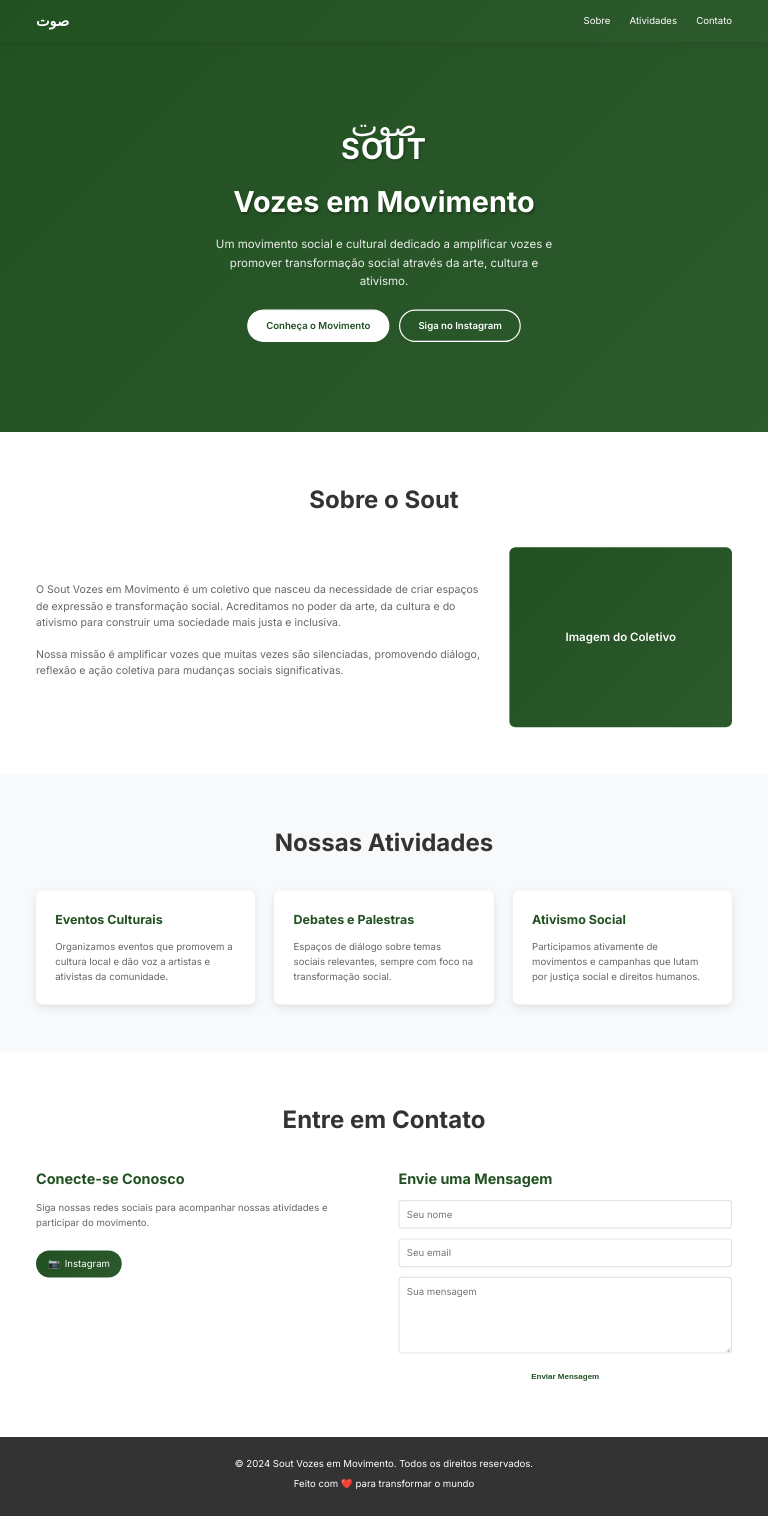
Repository: farukzahra/sout
Page: index.html
These files come from the project's save history. The page is drawn as it stood at one moment and after the next save; the edit follows.
The browser window is 1280 px wide. The pictures show the whole page, at 60% of full size.

Above is the page before, as saved 2025-10-02 13:02:43.

### index.html
<!DOCTYPE html>
<html lang="pt-BR">
<head>
    <meta charset="UTF-8">
    <meta name="viewport" content="width=device-width, initial-scale=1.0">
    <title>Sout Vozes em Movimento</title>
    <meta name="description" content="Sout Vozes em Movimento - Movimento social e cultural">
    <link rel="stylesheet" href="style.css">
    <link href="https://fonts.googleapis.com/css2?family=Inter:wght@300;400;600;700&display=swap" rel="stylesheet">
</head>
<body>
    <header class="header">
        <nav class="nav">
            <div class="nav-brand">
                <h1>صوت</h1>
            </div>
            <ul class="nav-menu">
                <li><a href="#sobre">Sobre</a></li>
                <li><a href="#atividades">Atividades</a></li>
                <li><a href="#contato">Contato</a></li>
            </ul>
        </nav>
    </header>

    <main>
        <section class="hero">
            <div class="hero-content">
                <div class="hero-logo">
                    <div class="logo-combined">
                        <span class="logo-text">صوت</span>
                        <span class="logo-main">SOUT</span>
                    </div>
                </div>
                <h2>Vozes em Movimento</h2>
                <p>Um movimento social e cultural dedicado a amplificar vozes e promover transformação social através da arte, cultura e ativismo.</p>
                <div class="hero-buttons">
                    <a href="#sobre" class="btn btn-primary">Conheça o Movimento</a>
                    <a href="https://www.instagram.com/sout_vozesemmovimento/" target="_blank" class="btn btn-secondary">Siga no Instagram</a>
                </div>
            </div>
        </section>

        <section id="sobre" class="section">
            <div class="container">
                <h2>Sobre o Sout</h2>
                <div class="about-content">
                    <div class="about-text">
                        <p>O Sout Vozes em Movimento é um coletivo que nasceu da necessidade de criar espaços de expressão e transformação social. Acreditamos no poder da arte, da cultura e do ativismo para construir uma sociedade mais justa e inclusiva.</p>
                        <p>Nossa missão é amplificar vozes que muitas vezes são silenciadas, promovendo diálogo, reflexão e ação coletiva para mudanças sociais significativas.</p>
                    </div>
                    <div class="about-image">
                        <div class="placeholder-image">
                            <span>Imagem do Coletivo</span>
                        </div>
                    </div>
                </div>
            </div>
        </section>

        <section id="atividades" class="section section-alt">
            <div class="container">
                <h2>Nossas Atividades</h2>
                <div class="activities-grid">
                    <div class="activity-card">
                        <h3>Eventos Culturais</h3>
                        <p>Organizamos eventos que promovem a cultura local e dão voz a artistas e ativistas da comunidade.</p>
                    </div>
                    <div class="activity-card">
                        <h3>Debates e Palestras</h3>
                        <p>Espaços de diálogo sobre temas sociais relevantes, sempre com foco na transformação social.</p>
                    </div>
                    <div class="activity-card">
                        <h3>Ativismo Social</h3>
                        <p>Participamos ativamente de movimentos e campanhas que lutam por justiça social e direitos humanos.</p>
                    </div>
                </div>
            </div>
        </section>

        <section id="contato" class="section">
            <div class="container">
                <h2>Entre em Contato</h2>
                <div class="contact-content">
                    <div class="contact-info">
                        <h3>Conecte-se Conosco</h3>
                        <p>Siga nossas redes sociais para acompanhar nossas atividades e participar do movimento.</p>
                        <div class="social-links">
                            <a href="https://www.instagram.com/sout_vozesemmovimento/" target="_blank" class="social-link">
                                <span>📷</span> Instagram
                            </a>
                        </div>
                    </div>
                    <div class="contact-form">
                        <h3>Envie uma Mensagem</h3>
                        <form>
                            <input type="text" placeholder="Seu nome" required>
                            <input type="email" placeholder="Seu email" required>
                            <textarea placeholder="Sua mensagem" rows="5" required></textarea>
                            <button type="submit" class="btn btn-primary">Enviar Mensagem</button>
                        </form>
                    </div>
                </div>
            </div>
        </section>
    </main>

    <footer class="footer">
        <div class="container">
            <p>&copy; 2024 Sout Vozes em Movimento. Todos os direitos reservados.</p>
            <p>Feito com ❤️ para transformar o mundo</p>
        </div>
    </footer>

    <script>
        // Smooth scrolling para links internos
        document.querySelectorAll('a[href^="#"]').forEach(anchor => {
            anchor.addEventListener('click', function (e) {
                e.preventDefault();
                const target = document.querySelector(this.getAttribute('href'));
                if (target) {
                    target.scrollIntoView({
                        behavior: 'smooth',
                        block: 'start'
                    });
                }
            });
        });

        // Formulário de contato (funcionalidade básica)
        document.querySelector('form').addEventListener('submit', function(e) {
            e.preventDefault();
            alert('Obrigado pela sua mensagem! Entraremos em contato em breve.');
            this.reset();
        });
    </script>
</body>
</html>

### style.css
/* Reset e configurações básicas */
* {
    margin: 0;
    padding: 0;
    box-sizing: border-box;
}

body {
    font-family: 'Inter', sans-serif;
    line-height: 1.6;
    color: #333;
    background-color: #fff;
}

.container {
    max-width: 1200px;
    margin: 0 auto;
    padding: 0 20px;
}

/* Header */
.header {
    background: linear-gradient(135deg, #215021 0%, #2d5a2d 100%);
    color: white;
    padding: 1rem 0;
    position: fixed;
    top: 0;
    width: 100%;
    z-index: 1000;
    box-shadow: 0 2px 10px rgba(0,0,0,0.1);
}

.nav {
    display: flex;
    justify-content: space-between;
    align-items: center;
    max-width: 1200px;
    margin: 0 auto;
    padding: 0 20px;
}

.nav-brand h1 {
    font-size: 1.5rem;
    font-weight: 700;
    direction: rtl;
}

.hero-logo {
    margin-bottom: 2rem;
}

.logo-combined {
    display: flex;
    flex-direction: column;
    align-items: center;
    justify-content: center;
    gap: 0;
}

.hero-logo .logo-text {
    font-size: 3rem;
    direction: rtl;
    line-height: 0.8;
}

.hero-logo .logo-main {
    font-size: 3rem;
    font-weight: 700;
    letter-spacing: 2px;
    text-shadow: 2px 2px 4px rgba(0,0,0,0.3);
    line-height: 0.8;
}

.hero-logo .logo-subtitle {
    font-size: 1.2rem;
    opacity: 0.9;
}

.nav-menu {
    display: flex;
    list-style: none;
    gap: 2rem;
}

.nav-menu a {
    color: white;
    text-decoration: none;
    font-weight: 500;
    transition: opacity 0.3s ease;
}

.nav-menu a:hover {
    opacity: 0.8;
}

/* Hero Section */
.hero {
    background: linear-gradient(135deg, #215021 0%, #2d5a2d 100%);
    color: white;
    padding: 120px 0 80px;
    text-align: center;
    min-height: 100vh;
    display: flex;
    align-items: center;
    justify-content: center;
}


.hero-content h2 {
    font-size: 3rem;
    font-weight: 700;
    margin-bottom: 1rem;
    text-shadow: 2px 2px 4px rgba(0,0,0,0.3);
}

.hero-content {
    max-width: 800px;
    margin: 0 auto;
    padding: 0 20px;
}

.hero-content p {
    font-size: 1.2rem;
    margin-bottom: 2rem;
    max-width: 600px;
    margin-left: auto;
    margin-right: auto;
    opacity: 0.9;
}

.hero-buttons {
    display: flex;
    gap: 1rem;
    justify-content: center;
    flex-wrap: wrap;
}

/* Botões */
.btn {
    display: inline-block;
    padding: 12px 30px;
    text-decoration: none;
    border-radius: 50px;
    font-weight: 600;
    transition: all 0.3s ease;
    border: 2px solid transparent;
}

.btn-primary {
    background: white;
    color: #215021;
    border-color: white;
}

.btn-primary:hover {
    background: transparent;
    color: white;
    border-color: white;
}

.btn-secondary {
    background: transparent;
    color: white;
    border-color: white;
}

.btn-secondary:hover {
    background: white;
    color: #215021;
}

/* Seções */
.section {
    padding: 80px 0;
}

.section-alt {
    background-color: #f8f9fa;
}

.section h2 {
    text-align: center;
    font-size: 2.5rem;
    margin-bottom: 3rem;
    color: #333;
}

/* Sobre */
.about-content {
    display: grid;
    grid-template-columns: 2fr 1fr;
    gap: 3rem;
    align-items: center;
}

.about-text p {
    font-size: 1.1rem;
    margin-bottom: 1.5rem;
    color: #666;
}

.placeholder-image {
    background: linear-gradient(135deg, #215021 0%, #2d5a2d 100%);
    height: 300px;
    border-radius: 10px;
    display: flex;
    align-items: center;
    justify-content: center;
    color: white;
    font-size: 1.2rem;
    font-weight: 600;
}

/* Atividades */
.activities-grid {
    display: grid;
    grid-template-columns: repeat(auto-fit, minmax(300px, 1fr));
    gap: 2rem;
}

.activity-card {
    background: white;
    padding: 2rem;
    border-radius: 10px;
    box-shadow: 0 5px 15px rgba(0,0,0,0.1);
    transition: transform 0.3s ease, box-shadow 0.3s ease;
}

.activity-card:hover {
    transform: translateY(-5px);
    box-shadow: 0 10px 25px rgba(0,0,0,0.15);
}

.activity-card h3 {
    color: #215021;
    margin-bottom: 1rem;
    font-size: 1.3rem;
}

.activity-card p {
    color: #666;
    line-height: 1.6;
}

/* Contato */
.contact-content {
    display: grid;
    grid-template-columns: 1fr 1fr;
    gap: 3rem;
}

.contact-info h3 {
    color: #215021;
    margin-bottom: 1rem;
    font-size: 1.5rem;
}

.contact-info p {
    color: #666;
    margin-bottom: 2rem;
}

.social-links {
    display: flex;
    gap: 1rem;
}

.social-link {
    display: flex;
    align-items: center;
    gap: 0.5rem;
    padding: 10px 20px;
    background: linear-gradient(135deg, #215021 0%, #2d5a2d 100%);
    color: white;
    text-decoration: none;
    border-radius: 25px;
    transition: transform 0.3s ease;
}

.social-link:hover {
    transform: translateY(-2px);
}

.contact-form h3 {
    color: #215021;
    margin-bottom: 1rem;
    font-size: 1.5rem;
}

.contact-form form {
    display: flex;
    flex-direction: column;
    gap: 1rem;
}

.contact-form input,
.contact-form textarea {
    padding: 12px;
    border: 2px solid #e1e5e9;
    border-radius: 5px;
    font-family: inherit;
    font-size: 1rem;
    transition: border-color 0.3s ease;
}

.contact-form input:focus,
.contact-form textarea:focus {
    outline: none;
    border-color: #215021;
}

.contact-form textarea {
    resize: vertical;
    min-height: 120px;
}

/* Footer */
.footer {
    background: #333;
    color: white;
    text-align: center;
    padding: 2rem 0;
}

.footer p {
    margin-bottom: 0.5rem;
}

/* Responsividade */
@media (max-width: 768px) {
    .nav {
        flex-direction: column;
        gap: 1rem;
    }

    .nav-menu {
        gap: 1rem;
    }

    .logo-combined {
        gap: 0;
    }

    .hero-logo .logo-text,
    .hero-logo .logo-main {
        font-size: 2.5rem;
        line-height: 0.8;
    }

    .hero-content h2 {
        font-size: 2rem;
    }

    .hero-buttons {
        flex-direction: column;
        align-items: center;
    }

    .about-content,
    .contact-content {
        grid-template-columns: 1fr;
        gap: 2rem;
    }

    .activities-grid {
        grid-template-columns: 1fr;
    }

    .section h2 {
        font-size: 2rem;
    }
}

@media (max-width: 480px) {
    .hero {
        padding: 100px 0 60px;
    }

    .logo-combined {
        gap: 0;
    }

    .hero-logo .logo-text,
    .hero-logo .logo-main {
        font-size: 2rem;
        line-height: 0.8;
    }

    .hero-content h2 {
        font-size: 1.8rem;
    }

    .hero-content p {
        font-size: 1rem;
    }

    .section {
        padding: 60px 0;
    }

    .container {
        padding: 0 15px;
    }
}

After the next save:
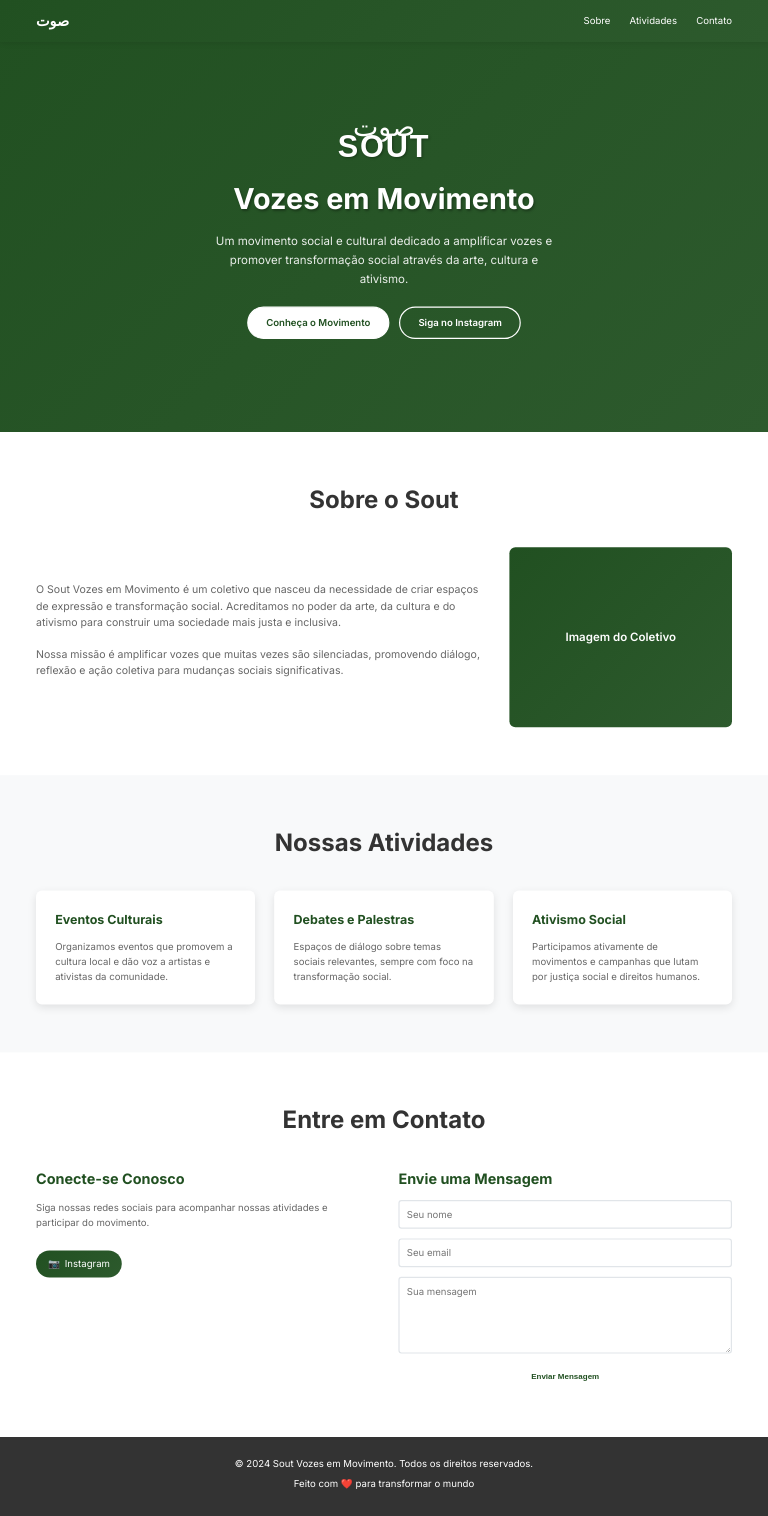
Saved 13 min 31 s later.
--- a/style.css
+++ b/style.css
@@ -58,17 +58,20 @@ body {
 }
 
 .hero-logo .logo-text {
-    font-size: 3rem;
+    font-size: 2.8rem;
     direction: rtl;
-    line-height: 0.8;
+    line-height: 0.7;
+    font-weight: 400;
+    font-family: 'Arial', sans-serif;
 }
 
 .hero-logo .logo-main {
-    font-size: 3rem;
-    font-weight: 700;
-    letter-spacing: 2px;
+    font-size: 3.2rem;
+    font-weight: 800;
+    letter-spacing: 3px;
     text-shadow: 2px 2px 4px rgba(0,0,0,0.3);
-    line-height: 0.8;
+    line-height: 0.7;
+    font-family: 'Arial', sans-serif;
 }
 
 .hero-logo .logo-subtitle {
